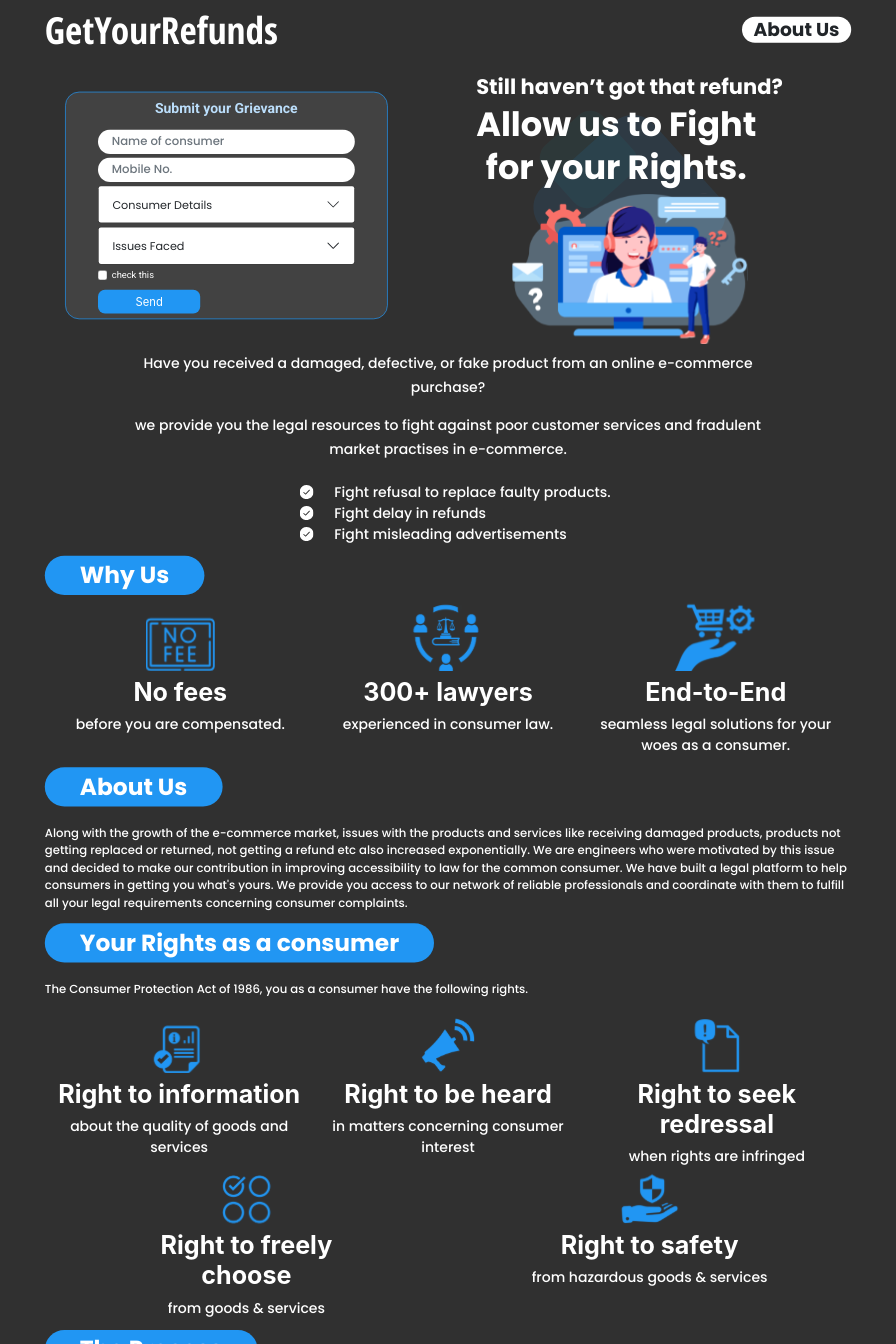
Repository: Eren00Yeager/initial-survey
Page: /consumer-complaints
The author's editor kept a copy of each file at every save. The page is drawn from the files as they stood at one save, then again after the next save.
The browser window is 1280 px wide. The pictures show the part of the page from y = 0 to 1920 px (the page is 2604 px tall), at 70% of full size.
Some web fonts or font styles are not loaded; a fallback is used. The project was rebuilt for these pictures with package versions that can differ from the ones it lists, and the page was loaded fresh each time. The framework's server and built-in components were replaced by stand-ins that run in the browser. Also part of the build but not shown: next.config.js.

Above is the page before, as saved 2022-07-14 14:35:36.

After the next save:
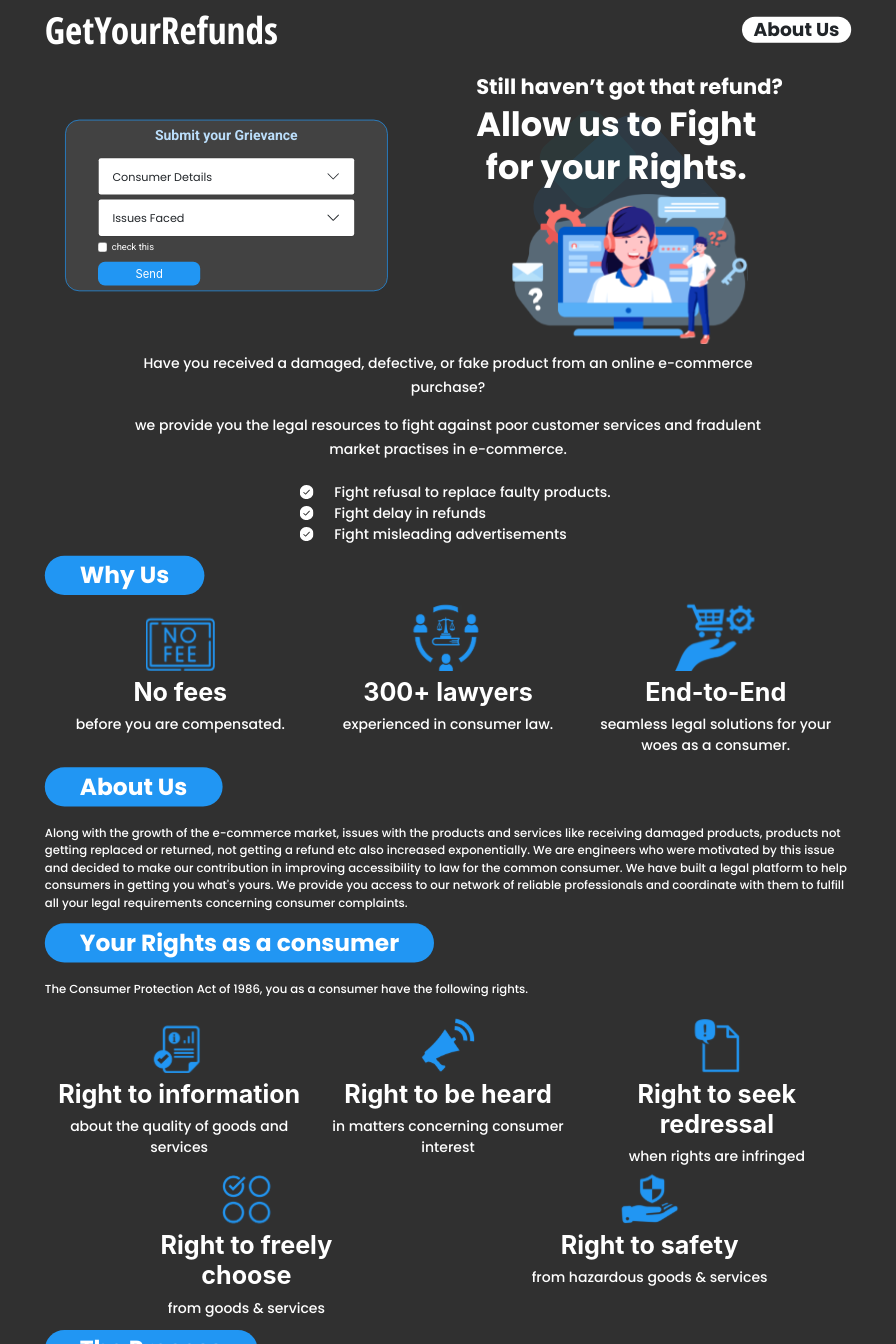
Saved 2 min 45 s later.
--- a/pages/consumer-complaints.jsx
+++ b/pages/consumer-complaints.jsx
@@ -119,36 +119,27 @@ export default function consumer() {
                 Submit your Grievance
             </div>
             <div className={consumerStyles.details}>
-            <Form.Group className={consumerStyles.det}>
-
-                                <Form.Control className={consumerStyles.plc} type="text" placeholder="Name of consumer" />
-                            </Form.Group>
-
-                            <Form.Group className={consumerStyles.det} >
-
-                                <Form.Control className={consumerStyles.plc} type="Mobile No." pattern="[0-9]{10}" placeholder="Mobile No." onChange={(e) => setMobile(e.target.value)} />
-                            </Form.Group>
                 <Accordion>
                     <Accordion.Item eventKey="0"  style={{background:"#424242"}}>
                         <Accordion.Header className={consumerStyles.id}>Consumer Details</Accordion.Header>
                         <Accordion.Body>
                             <Form.Group className={consumerStyles.det}>
-                                <Form.Label className={consumerStyles.nam}>Name</Form.Label>
+                                {/* <Form.Label className={consumerStyles.nam}>Name</Form.Label> */}
                                 <Form.Control className={consumerStyles.plc} type="text" placeholder="Name of consumer" />
                             </Form.Group>
 
                             <Form.Group className={consumerStyles.det} >
-                                <Form.Label className={consumerStyles.nam}>Mobile No.</Form.Label>
+                                {/* <Form.Label className={consumerStyles.nam}>Mobile No.</Form.Label> */}
                                 <Form.Control className={consumerStyles.plc} type="Mobile No." pattern="[0-9]{10}" placeholder="Mobile No." onChange={(e) => setMobile(e.target.value)} />
                             </Form.Group>
 
                             <Form.Group className={consumerStyles.det} >
-                                <Form.Label className={consumerStyles.nam}>Email Id.</Form.Label>
+                                {/* <Form.Label className={consumerStyles.nam}>Email Id.</Form.Label> */}
                                 <Form.Control className={consumerStyles.plc} type="text" placeholder="Email Id." onChange={(e) => setMobile(e.target.value)} />
                             </Form.Group>
 
                             <Form.Group className={consumerStyles.det}>
-                                <Form.Label className={consumerStyles.nam}>Address of Consumer</Form.Label>
+                                {/* <Form.Label className={consumerStyles.nam}>Address of Consumer</Form.Label> */}
                                 <Form.Control className={consumerStyles.plc} placeholder="Address of Consumer" />
                             </Form.Group>
                         </Accordion.Body>
